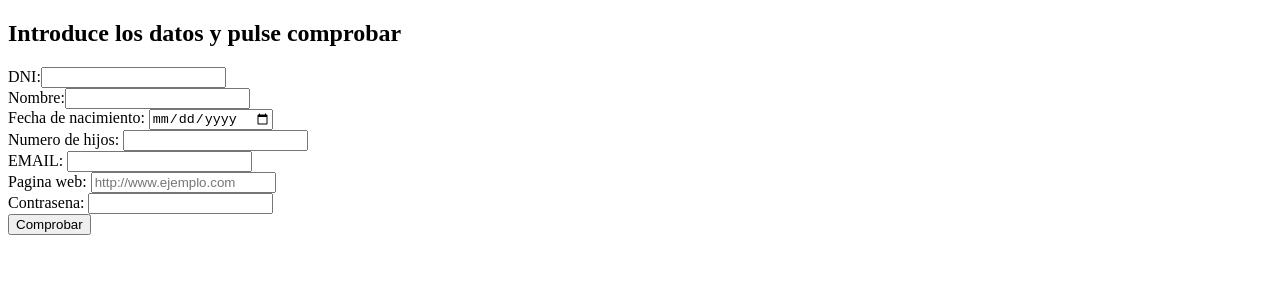
Repository: KoTvTrysaX01/2DAW-Desarrollo-WEB-en-Entorno-Cliente
Page: JAVASCRIPT/UD2/practica5/Actividad1/index.html
The author's editor kept a copy of each file at every save. The page is drawn from the files as they stood at one save, then again after the next save.
The browser window is 1280 px wide. The pictures show the whole page.

Above is the page before, as saved 2025-11-01 17:14:45.

### JAVASCRIPT/UD2/practica5/Actividad1/index.html
<!DOCTYPE html>
<html>
  <body>
    <h2>Introduce los datos y pulse comprobar</h2>
    <form id = "registartionForm" name="form1" method="post" action="" target=" _blank">
        DNI:<input id="dni" type="text" name="dni" ><br>
        Nombre:<input id="nombre" type="text" name="nombre" ><br>
        Fecha de nacimiento: <input id="fecha" type="date" name="fecha" ><br>
        Numero de hijos: <input type="number" name="hijos" id = "hijos" min = "0"><br>
        EMAIL: <input id = "email" type="text" name="email" ><br>
        Pagina web: <input type="url" name="web" id = "pagina" placeholder="http://www.ejemplo.com" required><br>
        Contrasena: <input type="text" name="contrasena" id = "password" ><br>
        <input type="submit" value = "Comprobar">
    </form>


    <div id="errorMessages"></div>
    <script src="script.js"></script>
  </body>
</html>

### JAVASCRIPT/UD2/practica5/Actividad1/script.js
let form = document.getElementById("registartionForm");
let emailInput = document.getElementById("email");
let error = document.getElementById("errorMessages");
let dni = document.getElementById("dni")
let passw = document.getElementById("password")
let web = document.getElementById("pagina")
let hijos = document.getElementById("hijos")
let nombreInput = document.getElementById("nombre")
let fecha = document.getElementById("fecha")
form.addEventListener("submit", (e) => {
  e.preventDefault();
  const emailForm = emailInput.value.trim();
  const password = passw.value.trim()
  function validEmail(emailForm) {
    return /^[^\s@]+@[^\s@]+\.[a-z]{2,}$/i.test(emailForm);

  }
    function esValido(emailForm) {
      if (validEmail(emailForm)) {
        error.innerHTML = "email  e valido<br>";
      } else {
        error.innerHTML = "email no es valido<br>";
      }
    }
    esValido(emailForm);

    function validarDni(dni) {

      return /^[XYZ]?\d{5,8}[TRWAGMYFPDXBNJZSQVHLCKET]$/.test(dni)
    }
    function esValidoDni() {
      const valor = dni.value.trim();
      if (validarDni(valor)) {
        error.innerHTML += "dni es valido<br>"
      } else {
        error.innerHTML += "dni no es valido<br>"
        dni.value = ""
      }
    }
    esValidoDni()

    function validWeb(url) {
          return /^https?:\/\/(?:www\.)?[a-zA-Z0-9\-]+\.[a-zA-Z]{2,}(?:\/.*)?$/.test(url);
        }
    function esValidoWeb() {
      const urlvalid = web.value.trim()
      if(validWeb(urlvalid)) {
        error.innerHTML +="web pagina esta valida<br>"
      } else {
        error.innerHTML += "web pagina no esta valida<br>"
        web.value = ""

      }
    }
    esValidoWeb()

     function validarContrasena(passwor) {
      var p = passwor.length
      if(p >=8 && p <=10) {
        error.innerHTML += "password es correcto<br>"
      } else {
         error.innerHTML += "password  no es correcto<br>"
         passw.value = ""
      }
     }
     validarContrasena(password)

     function validHijos(hijos) {
      const valorHijos = Number(hijos.value)
      if(isNaN(valorHijos) || valorHijos < 0 || valorHijos > 10) {
        error.innerHTML += "numero de hijos no esta correcto<br>"
         hijos.value = ""

      } else {
         error.innerHTML += "numero de hijos esta correcto<br>"

      }
     }
     validHijos(hijos)
    const nom = nombreInput.value.trim()
     function validNombre(nombres) {
      return /^[a-zA-ZáéíóúÁÉÍÓÚñÑ]{2,40}( [a-zA-ZáéíóúÁÉÍÓÚñÑ]{2,40}){1,3}$/.test(nombres)
     }
     function isvalidNombre(nombres){
      if(validNombre(nombres)) {
         error.innerHTML += "nombre esta correcto<br>"
      } else {
         error.innerHTML += "nombre no esta correcto<br>"
         nombreInput.value = ""
      }
      }
     isvalidNombre(nom)

     const fechaValor = fecha.value.trim();

     function validFecha(fecha) {
          return /^(19|20)\d{2}-(0[1-9]|1[0-2])-(0[1-9]|[12]\d|3[01])$/.test(fecha)
     }
     function esValidFecha(fecha) {
      if (validFecha(fecha)) {
         error.innerHTML += "fecha esta correcto<br>"
      } else {
         error.innerHTML += "fecha no esta correcto<br>"
         fecha.value= ""
      }
     }
     console.log(fechaValor)

     esValidFecha(fechaValor)


});

After the next save:
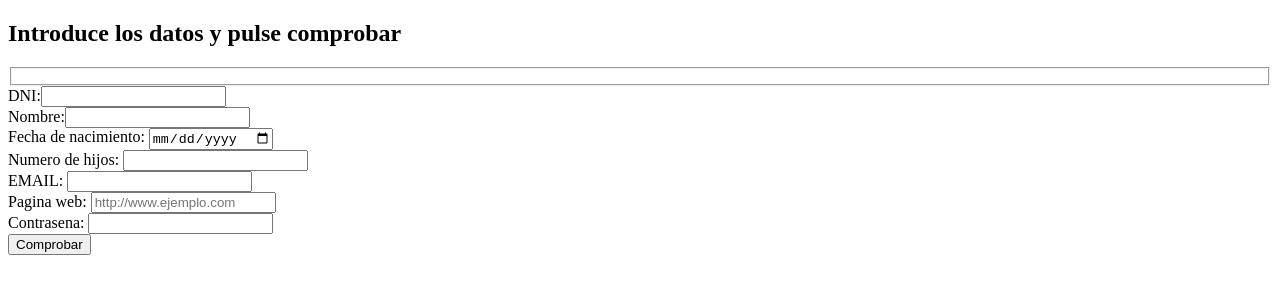
Saved 64 s later.
--- a/JAVASCRIPT/UD2/practica5/Actividad1/index.html
+++ b/JAVASCRIPT/UD2/practica5/Actividad1/index.html
@@ -2,6 +2,7 @@
 <html>
   <body>
     <h2>Introduce los datos y pulse comprobar</h2>
+    <fieldset></fieldset>
     <form id = "registartionForm" name="form1" method="post" action="" target=" _blank">
         DNI:<input id="dni" type="text" name="dni" ><br>
         Nombre:<input id="nombre" type="text" name="nombre" ><br>
